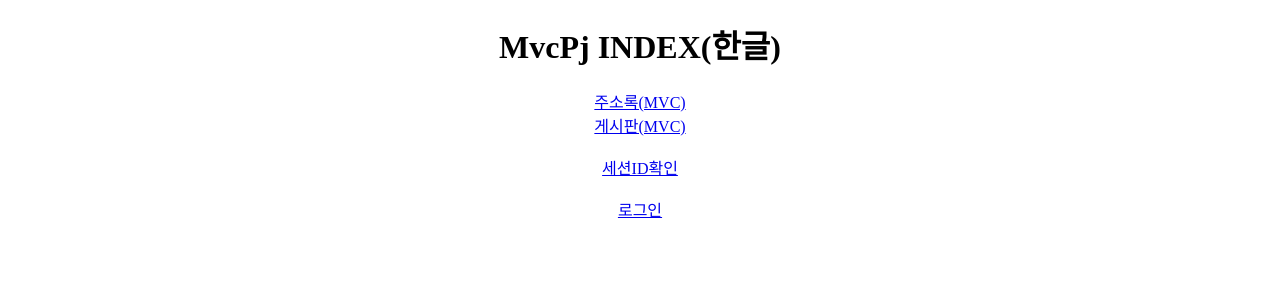
Repository: betweenhj702/Web-App-Server-Practices
Page: http://localhost/MvcPj/
An editor plug-in stored every save of this project. The page is shown before and after the next save, followed by the edit.
The browser window is 1280 px wide. The pictures show the whole page.
The page is served by Tomcat 9. Other server files are loaded and not shown.

Above is the page before, as saved 2021-01-06 04:14:42.

### workspace/MvcPj/WebContent/index.jsp
<%@ page language="java" contentType="text/html; charset=UTF-8" pageEncoding="UTF-8"%>
<%@ taglib prefix="c" uri="http://java.sun.com/jsp/jstl/core" %>
<!DOCTYPE html>
<html>
<head>
<meta charset="UTF-8">
<title>MvcPj index</title>
</head>
<body>
	<div style="text-align:center">
		<h1>MvcPj INDEX(한글)</h1>
		<p>
			<a href="addr/addr.do">주소록(MVC)</a><br/>
		 	<a href="sm/sm.do?cp=1&ps=3">게시판(MVC)</a><br/><br/>

		 	<a href="scope/session_test.jsp">세션ID확인</a><br/><br/>
		 	<c:if test="${!member.flag or empty member}">
		 		<a href="login/login.do?m=form">로그인</a><br/><br/>
		 	</c:if>
		 	<c:if test="${member.flag}">
			 	<a href="login/login.do?m=logout">로그아웃</a><br/>
			 	${member.email}&nbsp;&nbsp;&nbsp;${member.name}&nbsp;&nbsp;&nbsp;${member.phone}
		 	<br/><br/>

		 </c:if>





		</p>
		</div>
</body>
</html>

After the next save:
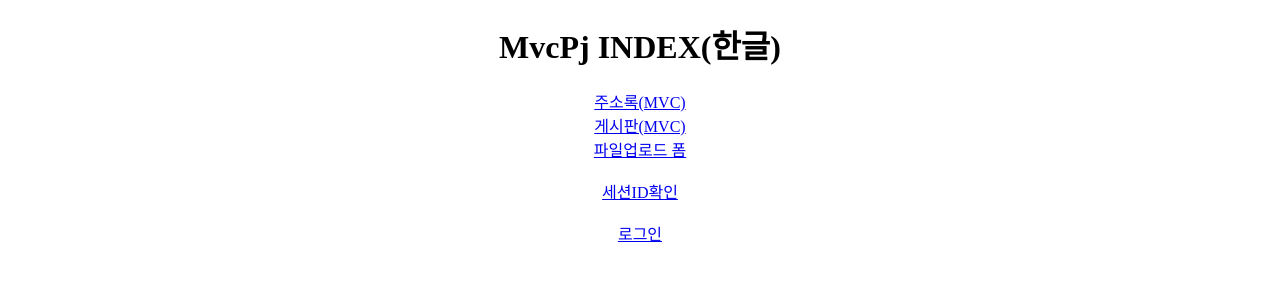
Saved 95 min 37 s later.
--- a/workspace/MvcPj/WebContent/index.jsp
+++ b/workspace/MvcPj/WebContent/index.jsp
@@ -11,7 +11,8 @@
 		<h1>MvcPj INDEX(한글)</h1>
 		<p>
 			<a href="addr/addr.do">주소록(MVC)</a><br/>
-		 	<a href="sm/sm.do?cp=1&ps=3">게시판(MVC)</a><br/><br/>
+		 	<a href="sm/sm.do?cp=1&ps=3">게시판(MVC)</a><br/>
+		 	<a href="file/file.do">파일업로드 폼</a><br/><br/>
 
 		 	<a href="scope/session_test.jsp">세션ID확인</a><br/><br/>
 		 	<c:if test="${!member.flag or empty member}">
